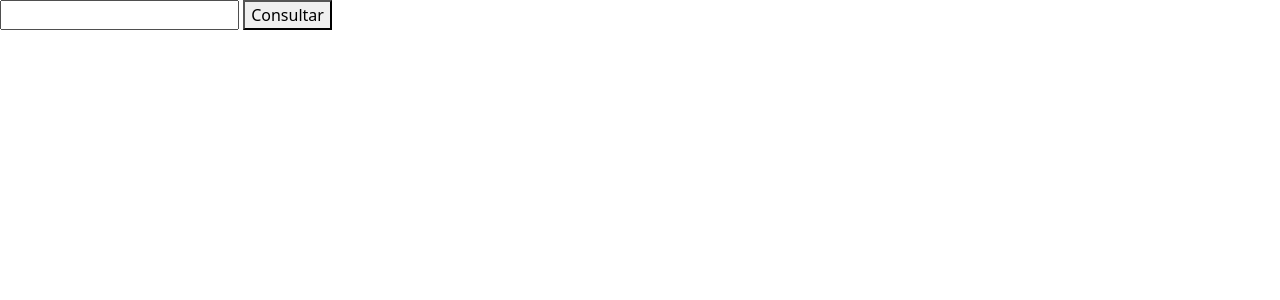
Repository: ViniciusCMS/StudyJquerry
Page: index.html
An editor plug-in stored every save of this project. The page is shown before and after the next save, followed by the edit.
The browser window is 1280 px wide. The pictures show the whole page.

Above is the page before, as saved 2021-11-26 10:28:27.

### index.html
<!DOCTYPE html>
<html lang="pt-br">
<head>
    <meta charset="UTF-8">
    <meta http-equiv="X-UA-Compatible" content="IE=edge">
    <meta name="viewport" content="width=device-width, initial-scale=1.0">
    <title>StudyJquery</title>
    <script type="text/javascript" src="js/jquery-3.6.0.min.js"></script>
    <script type="text/javascript" src="js/main.js"></script>
    <link rel="stylesheet" type="text/css" href="bootstrap/css/bootstrap.min.css">
</head>
<body>
    <input id="cep">
    <button type="button" onclick="consultaCep()">Consultar</button>
    <p id="uf"></p>
    <p id="localidade"></p>
    <p id="logradouro"></p>
    <p id="bairro"></p>
</body>
</html>

### js/main.js
function consultaCep() {

    var cep = document.getElementById("cep").value;
    var url = "https://viacep.com.br/ws/" + cep + "/json/";

    console.log(url)

    $.ajax({
        url: url,
        type: "GET",
        success: function(response){
            console.log(response);
            $("#uf").html(response.uf);
            $("#localidade").html(response.localidade);
            $("#logradouro").html(response.logradouro);
            $("#bairro").html(response.bairro);

            /*document.getElementById("uf").innerHTML = response.uf;
            document.getElementById("localidade").innerHTML = response.localidade;
            document.getElementById("logradouro").innerHTML = response.logradouro;
            document.getElementById("bairro").innerHTML = response.bairro;*/
        }

    })
}

Loaded but not shown: js/jquery-3.6.0.min.js (library); bootstrap/css/bootstrap.min.css (library)

After the next save:
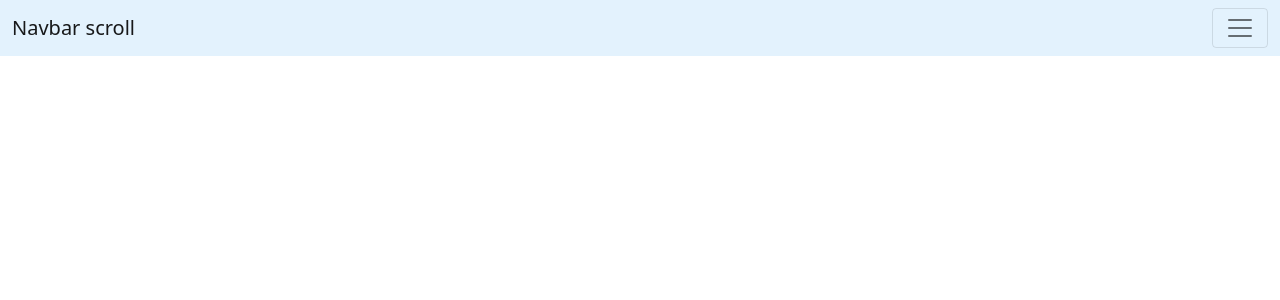
Saved 3 min 49 s later.
--- a/index.html
+++ b/index.html
@@ -10,11 +10,22 @@
     <link rel="stylesheet" type="text/css" href="bootstrap/css/bootstrap.min.css">
 </head>
 <body>
-    <input id="cep">
+    <nav class="navbar navbar-light" style="background-color: #e3f2fd;">
+        <div class="container-fluid">
+          <a class="navbar-brand" href="#">Navbar scroll</a>
+          <button class="navbar-toggler" type="button" data-bs-toggle="collapse" data-bs-target="#navbarScroll" aria-controls="navbarScroll" aria-expanded="false" aria-label="Toggle navigation">
+            <span class="navbar-toggler-icon"></span>
+          </button>
+
+        </div>
+    </nav>
+
+
+    <!--<input id="cep">
     <button type="button" onclick="consultaCep()">Consultar</button>
     <p id="uf"></p>
     <p id="localidade"></p>
     <p id="logradouro"></p>
-    <p id="bairro"></p>
+    <p id="bairro"></p>-->
 </body>
 </html>
